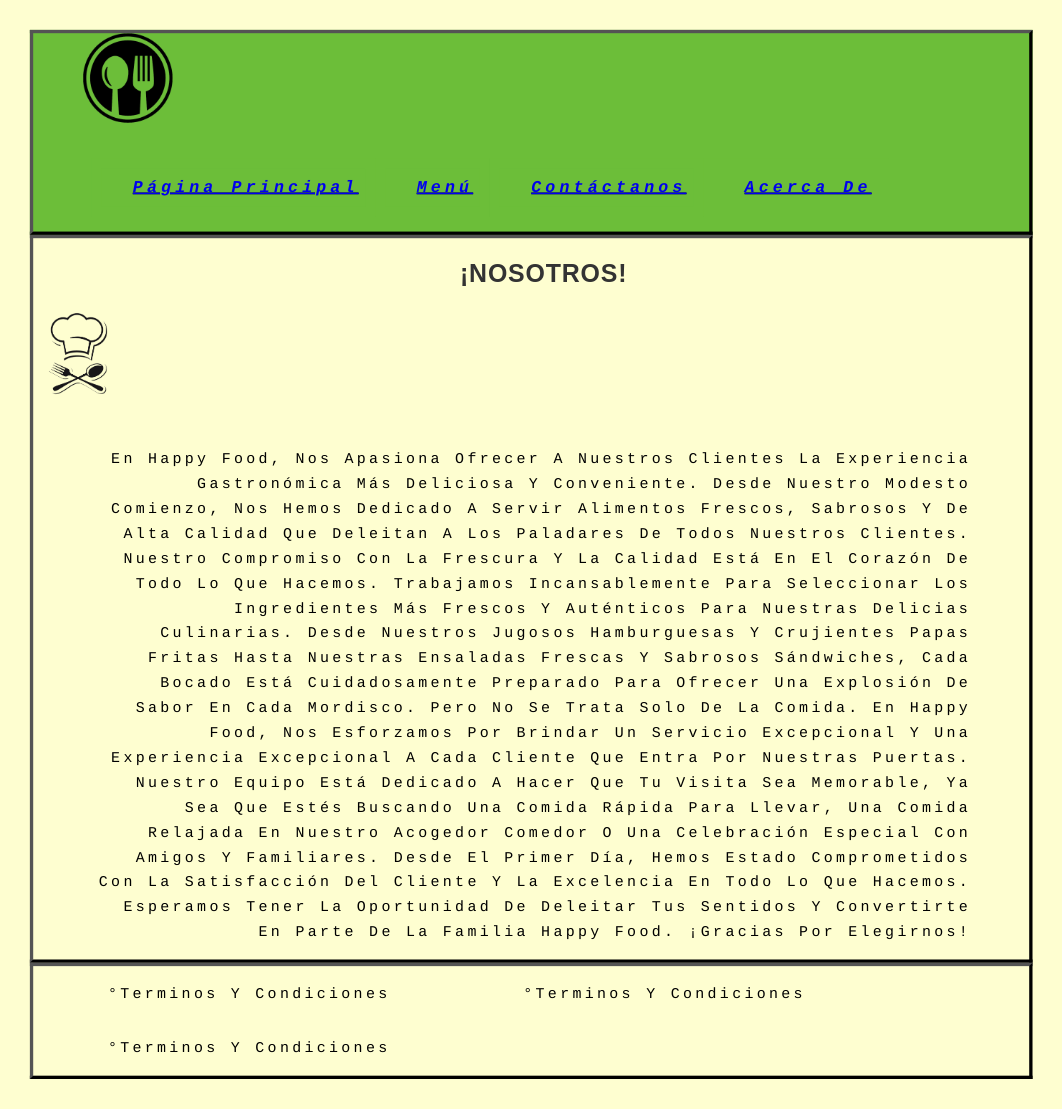
Repository: UVMCoyoacan/eq06_sitio1
Page: Carpeta docs/acercade.html
An editor plug-in stored every save of this project. The page is shown before and after the next save, followed by the edit.
The browser window is 1280 px wide. The pictures show the whole page, at 83% of full size.

Above is the page before, as saved 2024-04-13 23:01:27.

After the next save:
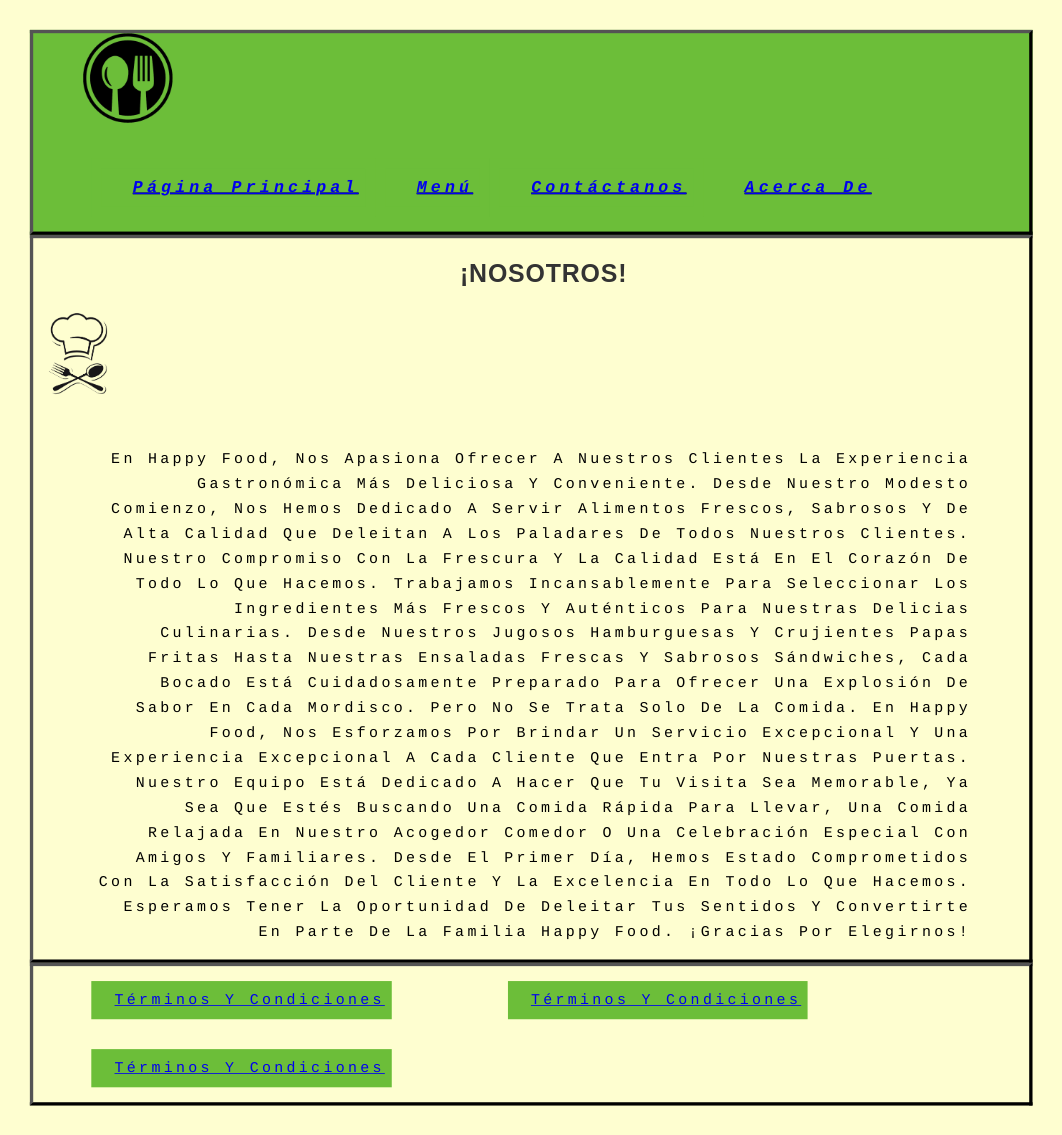
Saved 6 s later.
--- a/Carpeta docs/acercade.html
+++ b/Carpeta docs/acercade.html
@@ -43,18 +43,15 @@ Desde el primer día, hemos estado comprometidos con la satisfacción del client
 
         </ul>
     </div>
-    <div style="border-style: outset;
-    border-color: #000000;
-    border-width: .4ch;">
+    <div style="border-style: outset; border-color: #000000; border-width: .4ch;">
         <footer >
-            <div style="display: flex;   flex-wrap: wrap;">
-                <ul>°Terminos y condiciones</ul>
-                <ul>°Terminos y condiciones</ul>
-                <ul>°Terminos y condiciones</ul>
+            <div style="display: flex; flex-wrap: wrap;">
+                <ul><a href="../terminos.html">Términos y condiciones</a></ul>
+                <ul><a href="../terminos.html">Términos y condiciones</a></ul>
+                <ul><a href="../terminos.html">Términos y condiciones</a></ul>
             </div>
         </footer>
     </div>
-    </body>
-    <script src="../Carpeta js/js1.js">
-    </script>
+</body>
+<script src="../Carpeta js/js1.js"></script>
 </html>
